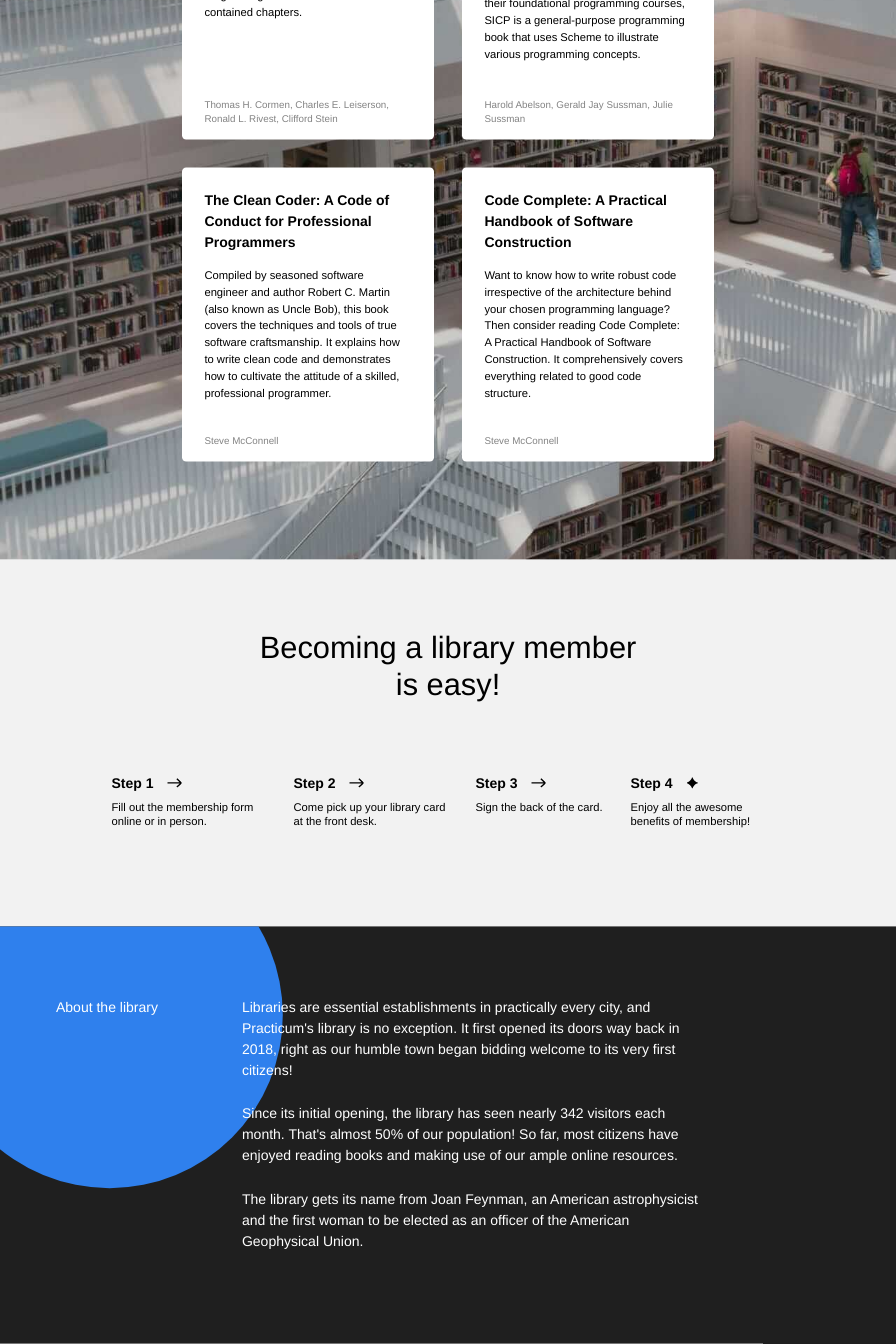
Repository: MWilliams-26/se_project_library
Page: index.html
The author's editor kept a copy of each file at every save. The page is drawn from the files as they stood at one save, then again after the next save.
The browser window is 1280 px wide. The pictures show the part of the page from y = 2038 to 3958 px (the page is 3958 px tall), at 70% of full size.

Above is the page before, as saved 2023-04-04 11:21:46.

### index.html
<!DOCTYPE html>
<html lang="en">
  <head>
    <meta charset="UTF-8" />
    <meta name="viewport" content="width=device-width, initial-scale=1.0" />
    <title>Practicum Library</title>
    <link rel="shortcut icon" href="favicon.ico" />
    <link rel="stylesheet" href="./styles/normalize.css" />
    <link rel="stylesheet" href="./styles/style.css" />
  </head>

  <body>
    <!-- Wrap the entire page content in a new div with the page class. Remember to add the closing tag -->
    <div class="page">
      <header class="header">
        <nav class="nav">
          <img
            src="./images/logo.png"
            alt="Practicum Library Logo"
            class="logo"
          />
          <!-- Putting navigation links in a list is supposed to be the best practice of writing the semantic code since it allows screen readers to pause between each link instead of reading all the links as a sentence. -->
          <ul class="nav__links">
            <li>
              <a class="nav__link">Staff picks</a>
            </li>
            <li>
              <a class="nav__link">Events</a>
            </li>
            <li>
              <a class="nav__link">Become a member</a>
            </li>
            <li>
              <a class="nav__link">About</a>
            </li>
            <li>
              <a class="nav__link">Contacts</a>
            </li>
          </ul>
        </nav>
        <h1 class="header__title">Welcome to the Practicum Library</h1>
        <p class="header__description">
          We're pleased to open our library doors to everyone! Come and expand
          your development knowledge, or just use this lovely spot to work or
          study. This is a cool place for cool students!
        </p>
        <!-- ----------------------------------------------------------------- -->
        <!--               Don't uncomment until project stage 2               -->
        <!-- ----------------------------------------------------------------- -->
        <img
          src="./images/inside_the_library.png"
          alt="Illustration 'Inside the library'"
          class="header__image"
        />
        <div class="header__footer">
          <a class="header__link">About the library &darr;</a>
          <p class="header__address">
            200 Success Avenue, The Town of Practicum
          </p>
        </div>
      </header>

      <main class="content">
        <section class="events">
          <div class="events__content">
            <h2 class="events__heading">Upcoming events:</h2>
            <h3 class="events__title">
              In honor of Joan Feynman: Women in astrophysics
            </h3>
            <div class="event-info events__info-section">
              <div class="event-info__item">
                <div
                  class="event-info__icon event-info__icon_type_calendar"
                ></div>
                <p class="event-info__text">Mon, January 12</p>
              </div>
              <div class="event-info__item">
                <div class="event-info__icon event-info__icon_type_pin"></div>
                <p class="event-info__text">
                  Practicum Library Conference Hall & Online
                </p>
              </div>
            </div>
            <p class="events__description">
              At this event, which celebrates the library's namesake, our guest
              lecturer will take us on a journey exploring some of the most
              prominent female researchers in the world of space science. It's
              easy to buy into the misconception that this field was mostly
              dominated by men, but our lecture aims to change that notion and
              prove that this hasn't been the case since at least the 18th
              century.
            </p>
            <a href="#" class="events__more">More events &rarr;</a>
          </div>
          <div class="events__cover">
            <img
              class="events__image"
              src="images/cafe.png"
              alt="events image"
            />
            <div class="person person_name_feynman">
              <p class="person__caption">Joann Feynman</p>
              <img
                class="person__image person__image_size_l"
                src="images/person_feynman.png"
                alt="Joann Feyman"
              />
            </div>
            <div class="person person_name_burbidge">
              <p class="person__caption">Margaret Burbidge</p>
              <img
                class="person__image person__image_size_m"
                src="images/person_burbidge.png"
                alt="Margaret Burbidge"
              />
            </div>
            <div class="person person_name_cannon">
              <img
                class="person__image person__image_size_m"
                src="images/person_cannon.png"
                alt="Annie Jump Cannon"
              />
              <p class="person__caption">Annie Jump Cannon</p>
            </div>
            <div class="person person_name_burbidge">
              <p class="person__caption">Margaret Burbidge</p>
              <img
                class="person__image person__image_size_m"
                src="images/person_burbidge.png"
                alt="Margaret Burbidge"
              />
            </div>
            <div class="person person_name_mitchell">
              <img
                class="person__image person__image_size_s"
                src="images/person_mitchell.png"
                alt="Maria Mitchell"
              />
              <p class="person__caption">Maria Mitchell</p>
            </div>
            <div class="person person_name_tarter">
              <p class="person__caption">Jill Tarter</p>
              <img
                class="person__image person__image_size_m"
                src="images/person_tarter.png"
                alt="Jill Tarter"
              />
            </div>
          </div>
        </section>

        <section class="staff">
          <!-- --------------------------------------------------------------- -->
          <!--        Don't uncomment until the final project stage            -->
          <!-- --------------------------------------------------------------- -->
          <h2 class="staff__title">Staff picks</h2>
          <p class="staff__subtitle">That our readers love</p>
          <ul class="staff__picks">
            <li class="card">
              <div class="card__content">
                <h3 class="card__title">Introduction to Algorithms</h3>
                <p class="card__text">
                  The name of this book is self-explanatory; it's a proper
                  introduction to algorithms! Introduction to Algorithms, or
                  CLRS, in reference to the authors' last names, goes in-depth
                  and covers a range of algorithms across several self-contained
                  chapters.
                </p>
                <p class="card__footer">
                  Thomas H. Cormen, Charles E. Leiserson, Ronald L. Rivest,
                  Clifford Stein
                </p>
              </div>
            </li>

            <li class="card">
              <div class="card__content">
                <h3 class="card__title">
                  The Structure and Interpretation of Computer Programs (SICP)
                </h3>
                <p class="card__text">
                  This is one of the best books for learning the fundamentals of
                  programming. Featured by MIT in one of their foundational
                  programming courses, SICP is a general-purpose programming
                  book that uses Scheme to illustrate various programming
                  concepts.
                </p>
                <p class="card__footer">
                  Harold Abelson, Gerald Jay Sussman, Julie Sussman
                </p>
              </div>
            </li>

            <li class="card">
              <div class="card__content">
                <h3 class="card__title">
                  The Clean Coder: A Code of Conduct for Professional
                  Programmers
                </h3>
                <p class="card__text">
                  Compiled by seasoned software engineer and author Robert C.
                  Martin (also known as Uncle Bob), this book covers the
                  techniques and tools of true software craftsmanship. It
                  explains how to write clean code and demonstrates how to
                  cultivate the attitude of a skilled, professional programmer.
                </p>
                <p class="card__footer">Steve McConnell</p>
              </div>
            </li>

            <li class="card">
              <div class="card__content">
                <h3 class="card__title">
                  Code Complete: A Practical Handbook of Software Construction
                </h3>
                <p class="card__text">
                  Want to know how to write robust code irrespective of the
                  architecture behind your chosen programming language? Then
                  consider reading Code Complete: A Practical Handbook of
                  Software Construction. It comprehensively covers everything
                  related to good code structure.
                </p>
                <p class="card__footer">Steve McConnell</p>
              </div>
            </li>
          </ul>
        </section>

        <section class="membership">
          <!-- --------------------------------------------------------------- -->
          <!--         Don't uncomment until the final project stage           -->
          <!-- --------------------------------------------------------------- -->
          <h2 class="membership__title">Becoming a library member is easy!</h2>
          <ul class="membership__steps">
            <li class="step">
              <h3 class="step__title">
                Step 1
                <img
                  src="./images/icon_step_forward.svg"
                  alt="icon forward"
                  class="step__icon"
                />
              </h3>
              <p class="step__description">
                Fill out the membership form online or in person.
              </p>
            </li>
            <li class="step">
              <h3 class="step__title">
                Step 2
                <img
                  src="./images/icon_step_forward.svg"
                  alt="icon forward"
                  class="step__icon"
                />
              </h3>
              <p class="step__description">
                Come pick up your library card at the front desk.
              </p>
            </li>
            <li class="step">
              <h3 class="step__title">
                Step 3
                <img
                  src="./images/icon_step_forward.svg"
                  alt="icon forward"
                  class="step__icon"
                />
              </h3>
              <p class="step__description">Sign the back of the card.</p>
            </li>
            <li class="step">
              <h3 class="step__title">
                Step 4
                <img
                  src="./images/icon_step_finish.svg"
                  alt="icon finish"
                  class="step__icon"
                />
              </h3>
              <p class="step__description">
                Enjoy all the awesome benefits of membership!
              </p>
            </li>
          </ul>
        </section>

        <section class="about">
          <!-- --------------------------------------------------------------- -->
          <!--          Don't uncomment until the final project stage          -->
          <!-- --------------------------------------------------------------- -->
          <h2 class="about__title">About the library</h2>
          <div class="about__content">
            <p class="about__paragraph">
              Libraries are essential establishments in practically every city,
              and Practicum's library is no exception. It first opened its doors
              way back in 2018, right as our humble town began bidding welcome
              to its very first citizens!
            </p>
            <p class="about__paragraph">
              Since its initial opening, the library has seen nearly 342
              visitors each month. That's almost 50% of our population! So far,
              most citizens have enjoyed reading books and making use of our
              ample online resources.
            </p>
            <p class="about__paragraph">
              The library gets its name from Joan Feynman, an American
              astrophysicist and the first woman to be elected as an officer of
              the American Geophysical Union.
            </p>
          </div>
          <div class="about__circle"></div>
        </section>
      </main>
      <footer class="footer">
        <!-- ----------------------------------------------------------------- -->
        <!--          Don't uncomment until the final project stage            -->
        <!-- ----------------------------------------------------------------- -->
      </footer>
    </div>
  </body>
</html>

### styles/style.css
.page {
  /* Add page class properties here */
  min-width: 1100px;
  max-width: 1600px;
  margin: 0 auto;
  font-family: Helvetica Neue, Arial, sans-serif;
  font-size: 16px;
  line-height: 20px;
}

.header {
  height: 100vh;
  min-height: 720px;
  max-height: 800px;
  padding: 30px 80px 0;
  position: relative;
  box-sizing: border-box;
}

.nav {
  /* Add flex properties here */
  display: flex;
  justify-content: space-between;
  align-items: stretch;
  flex-flow: row wrap;
  margin-top: 8px;
}

.logo {
  width: 196px;
  height: 60px;
}

.nav__links {
  /* Reset default list styles here */
  margin: 0 0 0;
  display: flex;
  column-gap: 20px;
  list-style: none;
}

.nav__link {
  color: #000000;
  text-decoration: none;
  font-weight: bold;
}

.header__title {
  font-size: 66px;
  line-height: 76px;
  font-weight: 500;
  max-width: 544px;
  margin-top: 150px;
  margin-bottom: 32px;
}

.header__description {
  font-size: 20px;
  line-height: 30px;
  max-width: 532px;
}

.header__image {
  position: absolute;
  max-width: 636px;
  top: 135px;
  right: 20px;
  z-index: 1;
}

.header__footer {
  position: absolute;
  left: 0;
  bottom: 40px;
  width: 100%;
  display: flex;
  align-items: center;
  padding: 40px 80px 0;
  justify-content: space-between;
  box-sizing: border-box;
}

.header__link {
  color: #2f80ed;
  text-decoration: none;
}

.header__address {
  margin: 0;
  color: #838383;
}

.events {
  padding: 100px 0 120px 80px;
  display: flex;
  align-items: start;
  justify-content: space-between;
  box-sizing: border-box;
  background-color: #f2f2f2;
}
.events__content {
  flex-basis: 580px;
}

.events__heading {
  font-size: 20px;
  font-weight: 500;
  line-height: 30px;
  margin: 0;
}

.events__title {
  font-size: 44px;
  font-weight: 500;
  line-height: 52px;
  margin: 32px 0 0;
}

.events__info-section {
  margin-top: 32px;
}

.event-info__item {
  display: flex;
  align-items: center;
  margin-bottom: 4px;
  font-weight: 500;
}

.event-info__icon {
  background-repeat: no-repeat;
  background-position: center;
  margin-right: 12px;
  width: 24px;
  height: 24px;
}

.event-info__icon_type_calendar {
  background-image: url(../images/icon_calendar.svg);
}

.event-info__icon_type_pin {
  background-image: url(../images/icon_pin.svg);
}

.event-info__text {
  font-size: 20px;
  font-weight: 500;
  line-height: 30px;
  margin: 0;
}

.events__description {
  margin: 40px 0 60px;
}

.events__more {
  color: #2f80ed;
  text-decoration: none;
}

.events__cover {
  flex-grow: 1;
  flex-shrink: 0;
  flex-basis: 780px;
  max-width: 780px;
  position: relative;
}

.events__image {
  max-width: 100%;
}

.person {
  position: absolute;
  display: flex;
  align-items: center;
  flex-direction: column;
  gap: 10px;
}

.person_name_feynman {
  position: absolute;
  top: -30px;
  left: 319px;
}

.person_name_burbidge {
  top: 96px;
  right: 125px;
}

.person_name_cannon {
  bottom: 18px;
  right: 216px;
}

.person_name_mitchell {
  bottom: 82px;
  left: 142px;
}

.person_name_tarter {
  top: 79px;
  left: 159px;
}

.person__image {
  max-width: 100%;
}

.person__image_size_l {
  width: 140px;
}

.person__image_size_m {
  width: 100px;
}

.person__image_size_s {
  width: 80px;
}

.person__caption {
  text-align: center;
  font-size: 14px;
  margin: 0;
}
.staff {
  padding: 100px 0 140px;
  background-image: url(../images/staff_picks_background.jpg);
}

.staff__title {
  text-align: center;
  font-size: 44px;
  line-height: 52px;
  margin: 0 0 24px;
  color: #ffffff;
}

.staff__subtitle {
  text-align: center;
  font-size: 20px;
  line-height: 30px;
  font-weight: 400;
  margin: 0;
  color: #ffffff;
}

.staff__picks {
  max-width: 760px;
  margin: auto;
  margin-top: 68px;
  display: flex;
  flex-wrap: wrap;
  justify-content: center;
  gap: 40px;
  list-style-type: none;
  padding: 0;
}

/* Add the CSS rule for your new class here. Make sure to place it before .card: parents should precede their children */

.card {
  background-color: #fff;
  border-radius: 6px;
  padding: 32px 40px 20px 32px;
  box-sizing: border-box;
  width: 360px;
  height: 420px;
}

.card__content {
  width: 100%;
  height: 100%;
  display: flex;
  flex-direction: column;
}

.card__title {
  font-size: 20px;
  line-height: 30px;
  font-weight: 700;
  margin: 0;
}

.card__text {
  margin: 20px 0 0;
  font-size: 16px;
  line-height: 24px;
}

.card__footer {
  margin: 0;
  font-size: 14px;
  line-height: 20px;
  color: #838383;
  margin-top: auto;
}

.membership {
  padding: 100px 0 140px;
  background-color: #f2f2f2;
}

.membership__title {
  max-width: 574px;
  margin: 0 auto;
  text-align: center;
  font-size: 44px;
  font-weight: 500;
  line-height: 52px;
}

.membership__steps {
  list-style-type: none;
  padding: 0;
  margin: 100px 0 0;
  display: flex;
  justify-content: center;
  flex-direction: row;
  column-gap: 40px;
  /* Add styles */
}

.step {
  max-width: 220px;
  flex-basis: 0 0 220px;

  /* Add styles */
}

.step__title {
  margin: 0;
  font-size: 20px;
  line-height: 30px;
  font-weight: 700;
  display: flex;
  align-items: center;
}

.step__icon {
  margin-left: 20px;
}

.step__description {
  margin: 10px 0 0;
}

.about {
  padding: 100px 80px;
  background-color: #1f1f1f;
  color: #fff;
  overflow: hidden;
  position: relative;
  box-sizing: border-box;
  display: flex;
}

.about__title {
  margin: 0;
  font-size: 20px;
  line-height: 30px;
  font-weight: 500;
  z-index: 1;
  max-width: 154px;
  display: flex;
  flex-direction: row;
}

.about__content {
  font-size: 20px;
  line-height: 30px;
  font-weight: 400;
  max-width: 660px;
  display: flex;
  flex-direction: column;
  justify-content: center;
  align-items: center;
  padding-left: 120px;
  z-index: 2;
}

.about__paragraph {
  margin: 0 0 32px;
}

.about__circle {
  background-color: #2f80ed;
  width: 495px;
  height: 495px;
  border-radius: 50%;
  position: absolute;
  top: -121px;
  left: -91px;
  z-index: 0;
}

.footer {
  box-sizing: border-box;
}

.footer__columns {
}

.footer__column_content_hours {
}

.footer__column_content_social {
}

.footer__logo {
}

.footer__list {
  /* The code below removes the default browser styles for lists */
  list-style-type: none;
  padding: 0;
  margin: 0;
}

.footer__list-item {
}

.footer__column-heading {
}

.footer__column-link {
  color: white;
  font-size: 16px;
  line-height: 20px;
  text-decoration: none;
}

.footer__social-icon {
}

.footer__copyright {
}

Loaded but not shown: styles/normalize.css (library)

After the next save:
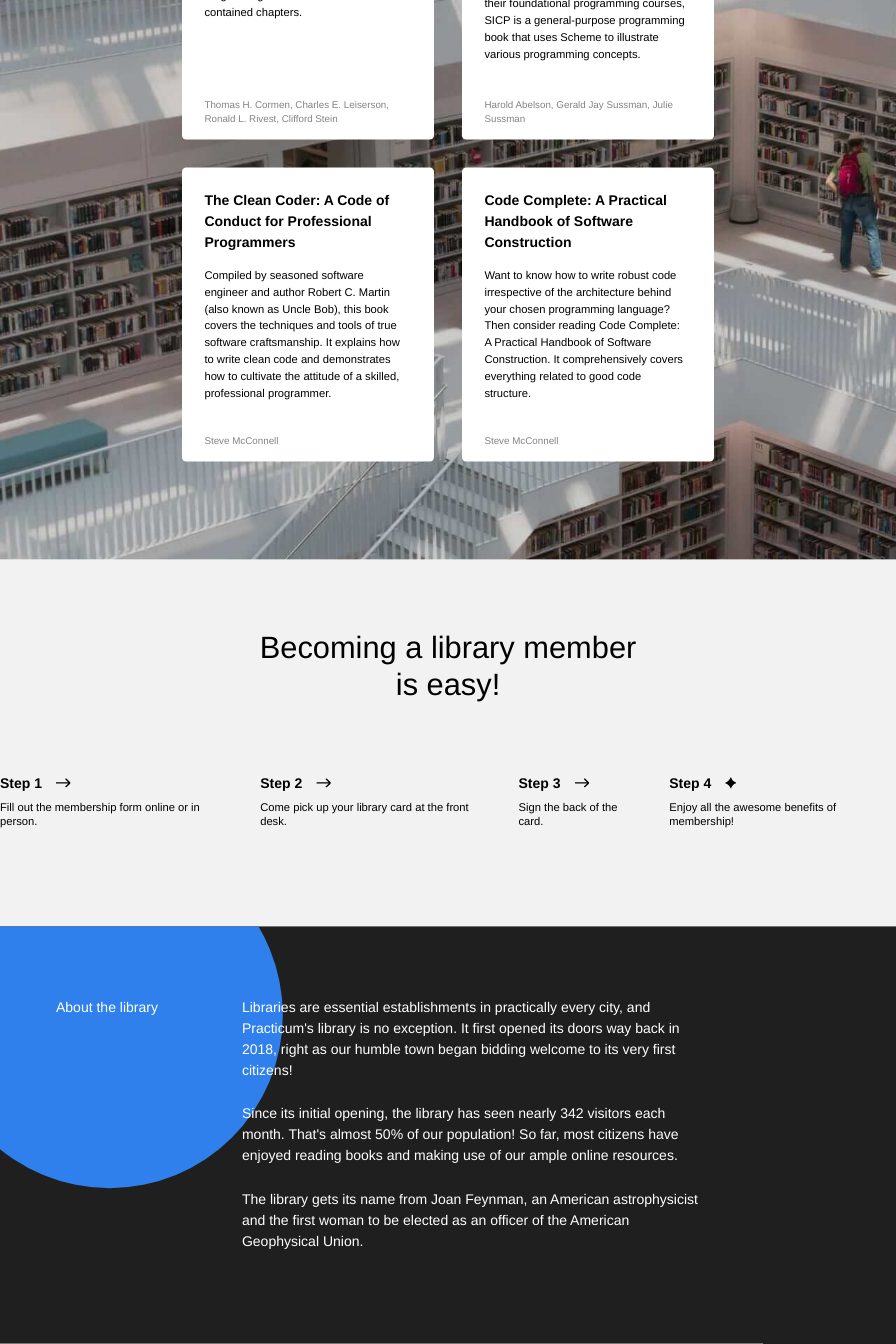
Saved 62 s later.
--- a/styles/style.css
+++ b/styles/style.css
@@ -325,9 +325,7 @@
 }
 
 .step {
-  max-width: 220px;
   flex-basis: 0 0 220px;
-
   /* Add styles */
 }
 
